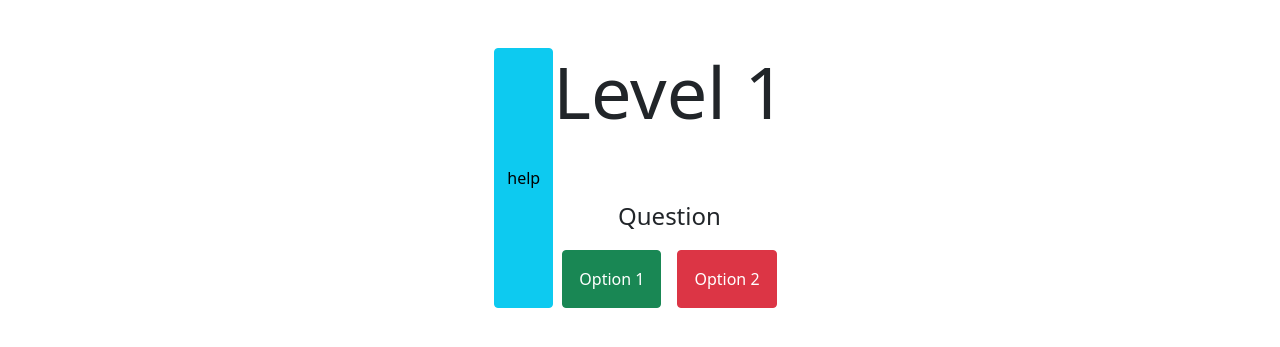
Repository: sreeramkongeseri/QuestionGame
Page: public/level1.html
These files come from the project's save history. The page is drawn as it stood at one moment and after the next save; the edit follows.
The browser window is 1280 px wide. The pictures show the whole page.
The page's requests for data from a server got no answer.

Above is the page before, as saved 2021-07-20 18:04:20.

### public/level1.html
<!DOCTYPE html>
<html lang="en">

<head>
  <meta charset="UTF-8" />
  <meta name="viewport" content="width=device-width, initial-scale=1.0" />
  <title>Level 1</title>

  <!-- Bootstrap -->
  <link href="https://cdn.jsdelivr.net/npm/bootstrap@5.0.2/dist/css/bootstrap.min.css" rel="stylesheet" integrity="sha384-EVSTQN3/azprG1Anm3QDgpJLIm9Nao0Yz1ztcQTwFspd3yD65VohhpuuCOmLASjC" crossorigin="anonymous">

  <!-- jQuery library -->
  <script src="https://ajax.googleapis.com/ajax/libs/jquery/3.5.1/jquery.min.js"></script>

  <!-- Bootstrap Javascript -->
  <script src="https://cdn.jsdelivr.net/npm/bootstrap@5.0.2/dist/js/bootstrap.bundle.min.js" integrity="sha384-MrcW6ZMFYlzcLA8Nl+NtUVF0sA7MsXsP1UyJoMp4YLEuNSfAP+JcXn/tWtIaxVXM" crossorigin="anonymous"></script>

  <!-- <link rel="stylesheet" href="main.css" /> -->

  <!-- Icons -->
  <link rel="stylesheet" href="https://use.fontawesome.com/releases/v5.7.0/css/all.css"
    integrity="sha384-lZN37f5QGtY3VHgisS14W3ExzMWZxybE1SJSEsQp9S+oqd12jhcu+A56Ebc1zFSJ" crossorigin="anonymous" />

  <!-- Script -->
  <script src="js/main.js"></script>

</head>


<body>


    <div class='d-flex justify-content-center p-5'>

        <!-- Button trigger modal -->
        <button type="button" class="btn btn-info" data-toggle="modal" data-target="#exampleModal">
            help
    </button>

<!-- Modal -->
<div class="modal fade" id="exampleModal"  role="dialog" aria-hidden="true">
<div class="modal-dialog" role="document">
  <div class="modal-content">
    <div class="modal-header">
      <h5 class="modal-title" id="exampleModalLabel">Help</h5>
      <button type="button" class="close" data-dismiss="modal" aria-label="Close">
        <span aria-hidden="true">&times;</span>
      </button>
    </div>
    <div class="modal-body">
      Here's the help text.
    </div>
  </div>
</div>
</div>

        <div class='d-flex flex-column justify-content-center text-center'>


            <p class = 'display-2 mb-5'>Level 1</p>
            <p id = 'question' class='m-3 fs-4'>Question</p>

            <div class='d-flex justify-content-center'>
                <button class='btn btn-success rounded p-3 me-3 option'>Option 1</button>
                <button class='btn btn-danger rounded p-3 option'>Option 2</button>
            </div>


            <a id='next' href='level2.html' role='button' class='btn btn-primary align-self-center d-none' width=50px>continue</a>


        </div>


    </div>

</body>

<script>
    fetch("http://localhost:3000/api/level1").then(response => response.json()).then(list =>
       update(list)
    );
</script>

### public/js/main.js
function update(list) {

    $('#question').text(list[0]);
    i = 0;
    $('.option').on('click', () => {
        if (i < list.length - 1) {
            i += 1;
            $('#question').text(list[i]);
        } else {
            $('#question').text("done!");
            $('#next').removeClass('d-none');
            $('.option').addClass('d-none');
        }
    });


}

After the next save:
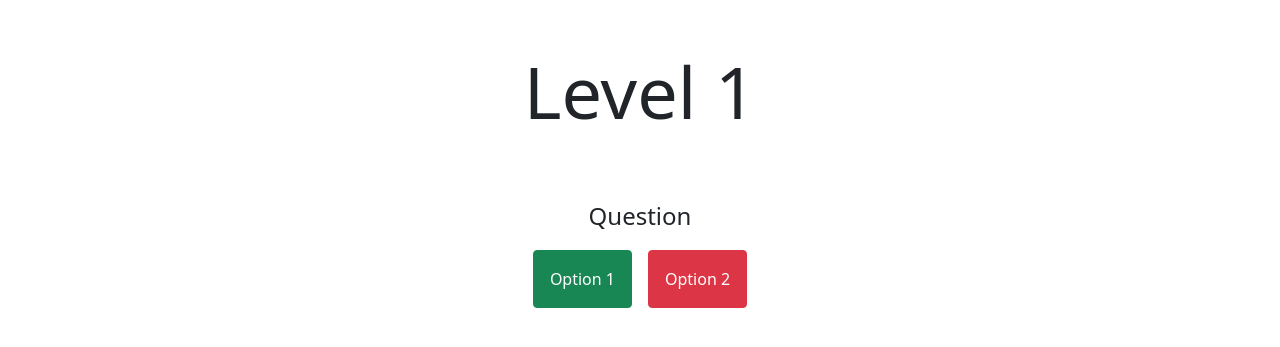
Saved 36 s later.
--- a/public/level1.html
+++ b/public/level1.html
@@ -32,28 +32,6 @@
 
     <div class='d-flex justify-content-center p-5'>
 
-        <!-- Button trigger modal -->
-        <button type="button" class="btn btn-info" data-toggle="modal" data-target="#exampleModal">
-            help
-    </button>
-
-<!-- Modal -->
-<div class="modal fade" id="exampleModal"  role="dialog" aria-hidden="true">
-<div class="modal-dialog" role="document">
-  <div class="modal-content">
-    <div class="modal-header">
-      <h5 class="modal-title" id="exampleModalLabel">Help</h5>
-      <button type="button" class="close" data-dismiss="modal" aria-label="Close">
-        <span aria-hidden="true">&times;</span>
-      </button>
-    </div>
-    <div class="modal-body">
-      Here's the help text.
-    </div>
-  </div>
-</div>
-</div>
-
         <div class='d-flex flex-column justify-content-center text-center'>
 
 
